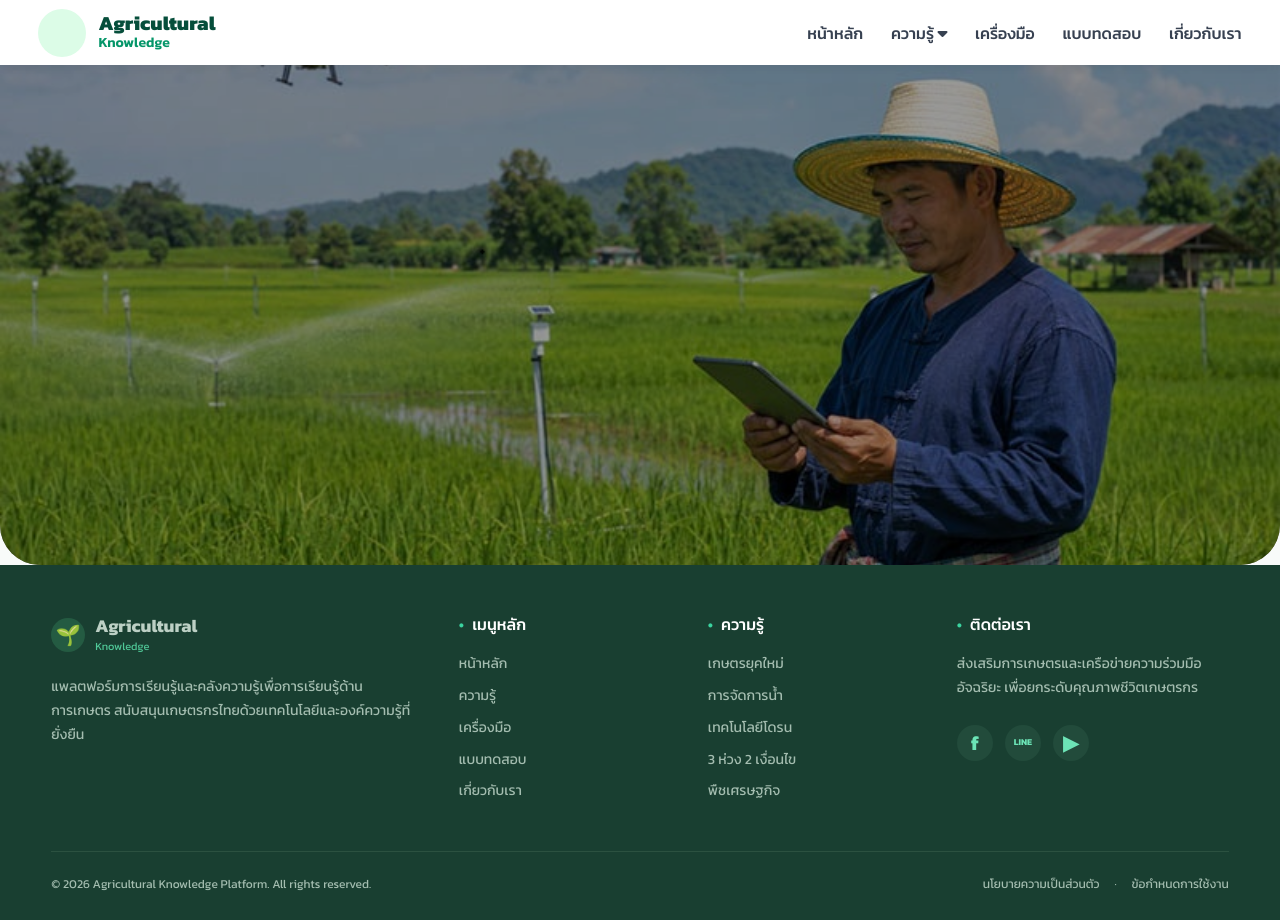
Repository: nuwat-wa/Project-WebdesignAG
Page: ag1.html
The author's editor kept a copy of each file at every save. The page is drawn from the files as they stood at one save, then again after the next save.
The browser window is 1280 px wide. The pictures show the whole page.

Above is the page before, as saved 2026-09-24 18:09:25.

After the next save:
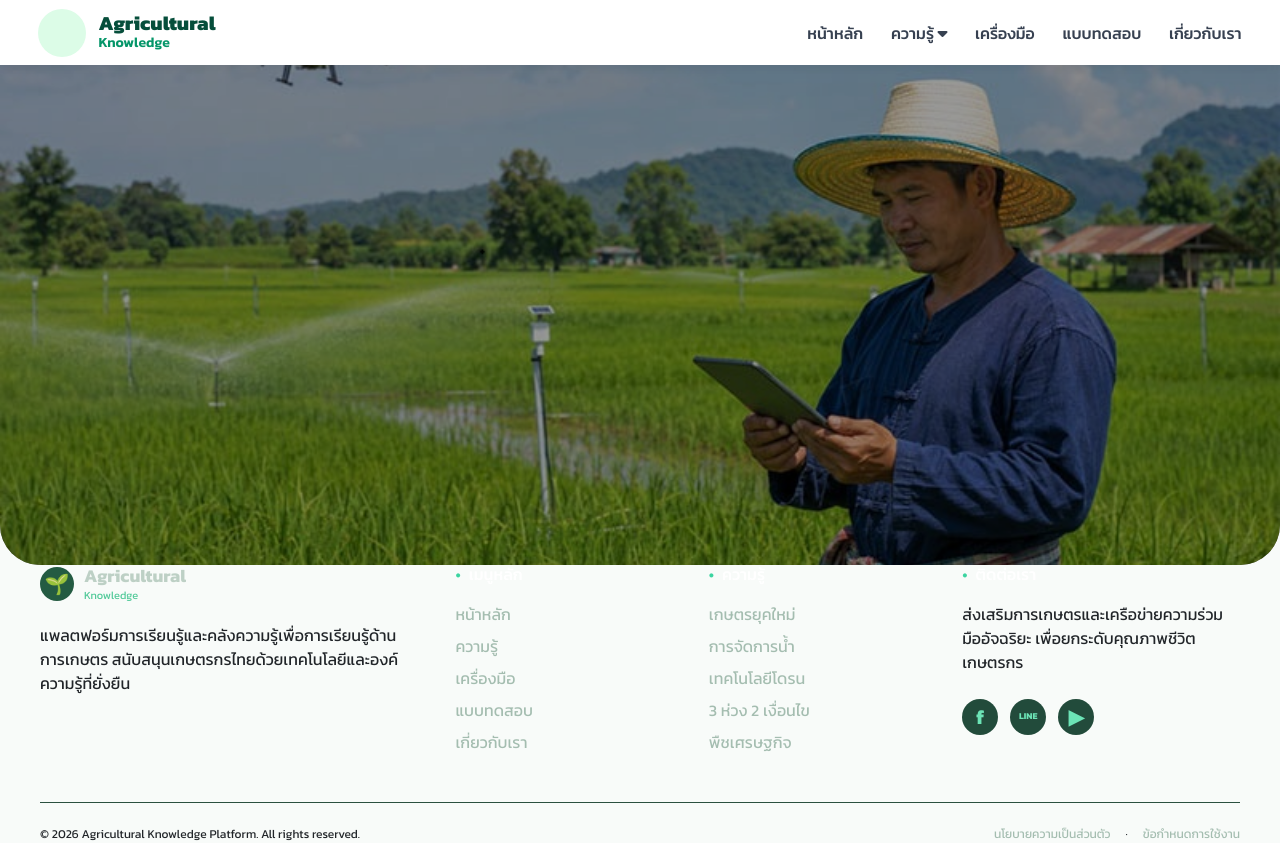
Saved 4 s later.
--- a/ag1.css
+++ b/ag1.css
@@ -101,7 +101,7 @@
   opacity: 0.6;
 }
 
-
+footer
 .site-footer {
     padding: 50px 4% 25px;
     background-color: #193f31;

After the save that followed:
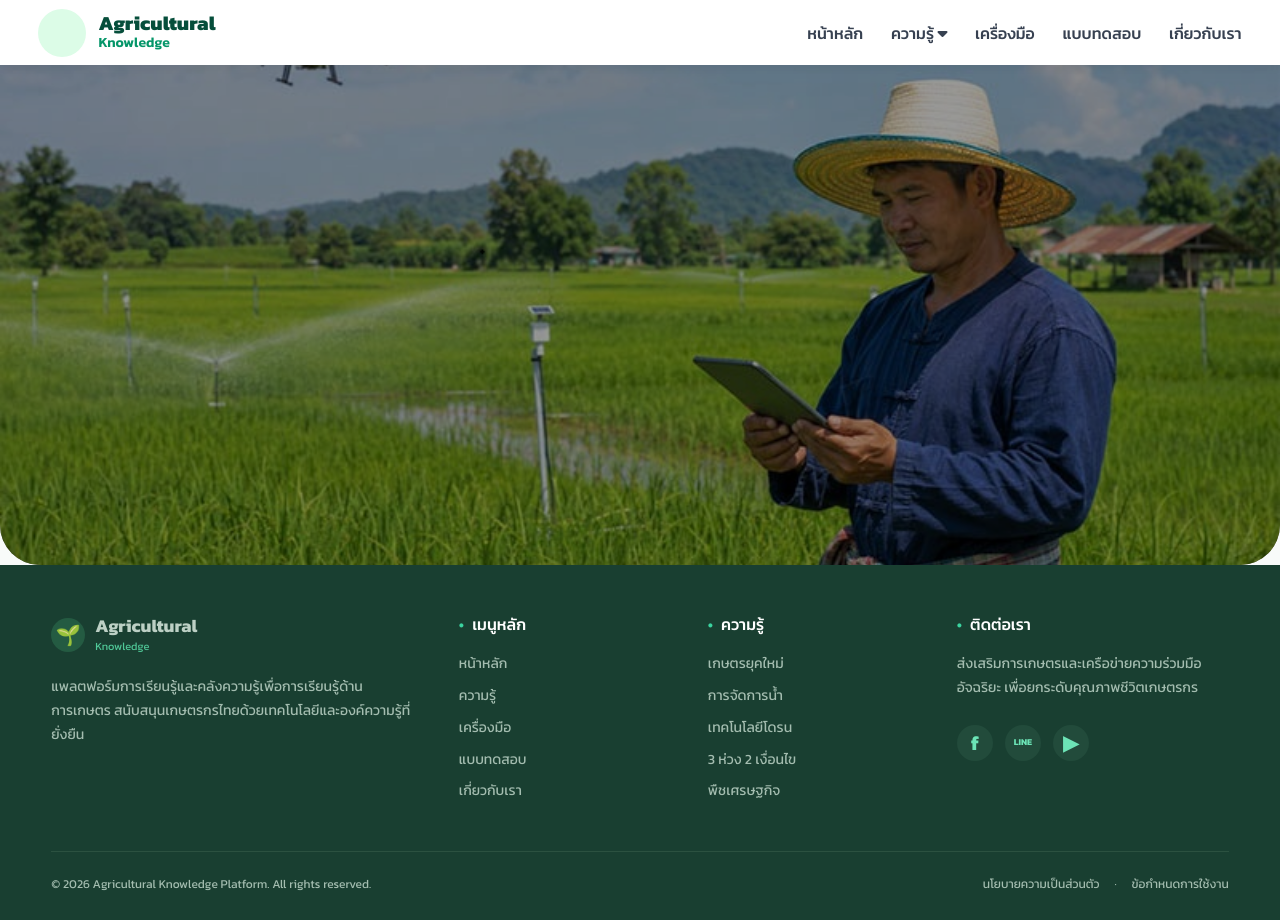
Saved 4 s later.
--- a/ag1.css
+++ b/ag1.css
@@ -101,7 +101,7 @@
   opacity: 0.6;
 }
 
-footer
+/* footer */
 .site-footer {
     padding: 50px 4% 25px;
     background-color: #193f31;
